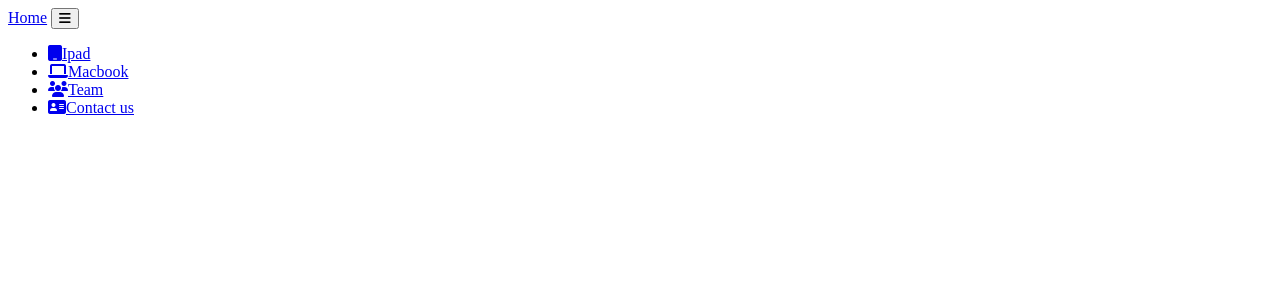
Repository: giatanha1507/apple-tailwind
Page: index.html
An editor plug-in stored every save of this project. The page is shown before and after the next save, followed by the edit.
The browser window is 1280 px wide. The pictures show the whole page.
Some web libraries are served in a nearby version.

Above is the page before, as saved 2021-08-26 21:40:43.

### index.html
<!DOCTYPE html>
<html lang="en">
  <head>
    <meta charset="UTF-8" />
    <meta http-equiv="X-UA-Compatible" content="IE=edge" />
    <meta name="viewport" content="width=device-width, initial-scale=1.0" />
    <title>Apple</title>
    <link rel="stylesheet" href="./build/tailwind.css" />
  </head>
  <body class="bg-black">
    <nav
      class="
        top-0
        absolute
        z-50
        w-full
        flex flex-wrap
        items-center
        justify-between
        px-2
        py-3
      "
    >
      <div
        class="
          container
          px-4
          mx-auto
          flex flex-wrap
          items-center
          justify-between
        "
      >
        <div
          class="
            w-full
            relative
            flex
            justify-between
            lg:w-auto lg:static lg:block lg:justify-start
          "
        >
          <a
            href="#"
            class="
              text-sm
              font-bold
              leading-relaxed
              inline-block
              mr-4
              py-2
              whitespace-nowrap
              uppercase
              text-white
            "
            >Home</a
          >
          <button
            class="
              cursor-pointer
              text-xl
              leading-none
              px-3
              py-1
              border border-solid border-transparent
              rounded
              bg-transparent
              block
              lg:hidden lg:outline-none
              focus:outline-none
            "
            type="button"
            onclick="toggleNavbar('ex-collapse-nav')"
          >
            <i class="text-white fas fa-bars"></i>
          </button>
        </div>
        <div
          class="
            lg:flex
            flex-grow
            items-center
            bg-white
            lg:bg-transparent lg:shadow-none
            hidden
          "
          id="ex-collapse-nav"
        >
          <ul class="flex flex-col lg:flex-row list-none mr-auto">
            <li class="flex items-center">
              <a
                href="#"
                class="
                  text-white
                  lg:hover:text-gray-300
                  text-gray-800
                  px-3
                  py-4
                  lg:py-2
                  flex
                  items-center
                  text-xs
                  uppercase
                  font-bold
                "
                ><i
                  class="
                    lg:text-gray-400
                    text-gray-500
                    fas
                    fa-tablet
                    text-lg
                    leading-lg
                    mr-2
                  "
                ></i
                >Ipad</a
              >
            </li>
            <li class="flex items-center">
              <a
                href="#"
                class="
                  text-white
                  lg:hover:text-gray-300
                  text-gray-800
                  px-3
                  py-4
                  lg:py-2
                  flex
                  items-center
                  text-xs
                  uppercase
                  font-bold
                "
                ><i
                  class="
                    lg:text-gray-400
                    text-gray-500
                    fas
                    fa-laptop
                    text-lg
                    leading-lg
                    mr-2
                  "
                ></i
                >Macbook</a
              >
            </li>
            <li class="flex items-center">
              <a
                href="#"
                class="
                  text-white
                  lg:hover:text-gray-300
                  text-gray-800
                  px-3
                  py-4
                  lg:py-2
                  flex
                  items-center
                  text-xs
                  uppercase
                  font-bold
                "
                ><i
                  class="
                    lg:text-gray-400
                    text-gray-500
                    fas
                    fa-users
                    text-lg
                    leading-lg
                    mr-2
                  "
                ></i
                >Team</a
              >
            </li>
            <li class="flex items-center">
              <a
                href="#"
                class="
                  text-white
                  lg:hover:text-gray-300
                  text-gray-800
                  px-3
                  py-4
                  lg:py-2
                  flex
                  items-center
                  text-xs
                  uppercase
                  font-bold
                "
                ><i
                  class="
                    lg:text-gray-400
                    text-gray-500
                    fas
                    fa-address-card
                    text-lg
                    leading-lg
                    mr-2
                  "
                ></i
                >Contact us</a
              >
            </li>
          </ul>
        </div>
      </div>
    </nav>
    <script
      src="https://kit.fontawesome.com/9f4a14e430.js"
      crossorigin="anonymous"
    ></script>
    <script type="text/javascript" src="./js/main.js"></script>
  </body>
</html>

### js/main.js
const toggleNavbar = (collapseID) => {
  document.getElementById(collapseID).classList.toggle("hidden");
  document.getElementById(collapseID).classList.toggle("block");
};

Loaded but not shown: css/tailwind.css (common file)

After the next save:
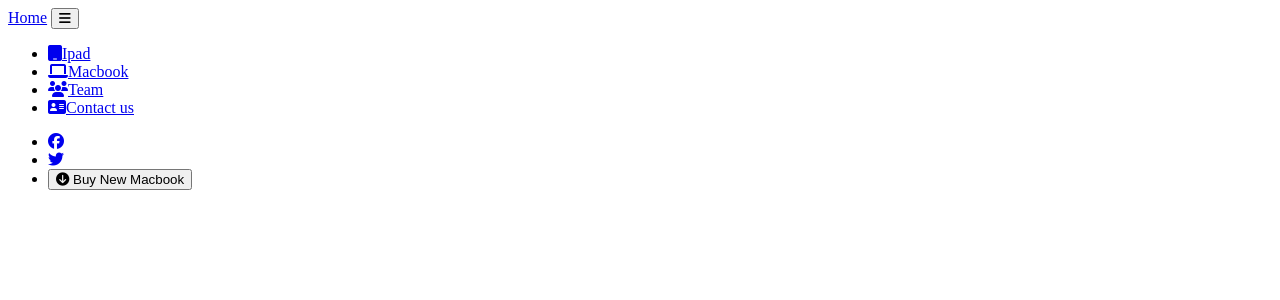
Saved 10 min 8 s later.
--- a/index.html
+++ b/index.html
@@ -208,6 +208,91 @@
               >
             </li>
           </ul>
+          <ul class="flex flex-col lg:flex-row list-none lg:ml-auto">
+            <li class="flex items-center">
+              <a
+                href="#"
+                class="
+                  lg:text-white lg:hover:text-gray-300
+                  text-gray-800
+                  px-3
+                  py-4
+                  lg:py-2
+                  flex
+                  items-center
+                  text-xs
+                  uppercase
+                  font-bold
+                "
+              >
+                <i
+                  class="
+                    lg:text-gray-300
+                    text-gray-500
+                    fab
+                    fa-facebook
+                    text-lg
+                    leading-lg
+                  "
+                ></i>
+                <span class="lg:hidden inline-block ml-2"></span>
+              </a>
+            </li>
+            <li class="flex items-center">
+              <a
+                href="#"
+                class="
+                  lg:text-white lg:hover:text-gray-300
+                  text-gray-800
+                  px-3
+                  py-4
+                  lg:py-2
+                  flex
+                  items-center
+                  text-xs
+                  uppercase
+                  font-bold
+                "
+              >
+                <i
+                  class="
+                    lg:text-gray-300
+                    text-gray-500
+                    fab
+                    fa-twitter
+                    text-lg
+                    leading-lg
+                  "
+                ></i>
+                <span class="lg:hidden inline-block ml-2"></span>
+              </a>
+            </li>
+            <li class="flex items-center">
+              <button
+                class="
+                  bg-white
+                  text-gray-800
+                  active:bg-gray-100
+                  text-xs
+                  font-bold
+                  uppercase
+                  px-4
+                  py-2
+                  rounded
+                  shadow
+                  hover:shadow-md
+                  outline-none
+                  focus:outline-none
+                  lg:mr-1 lg:mb-0
+                  ml-3
+                  mb-3
+                "
+                type="button"
+              >
+                <i class="fas fa-arrow-circle-down mr-2"></i> Buy New Macbook
+              </button>
+            </li>
+          </ul>
         </div>
       </div>
     </nav>
